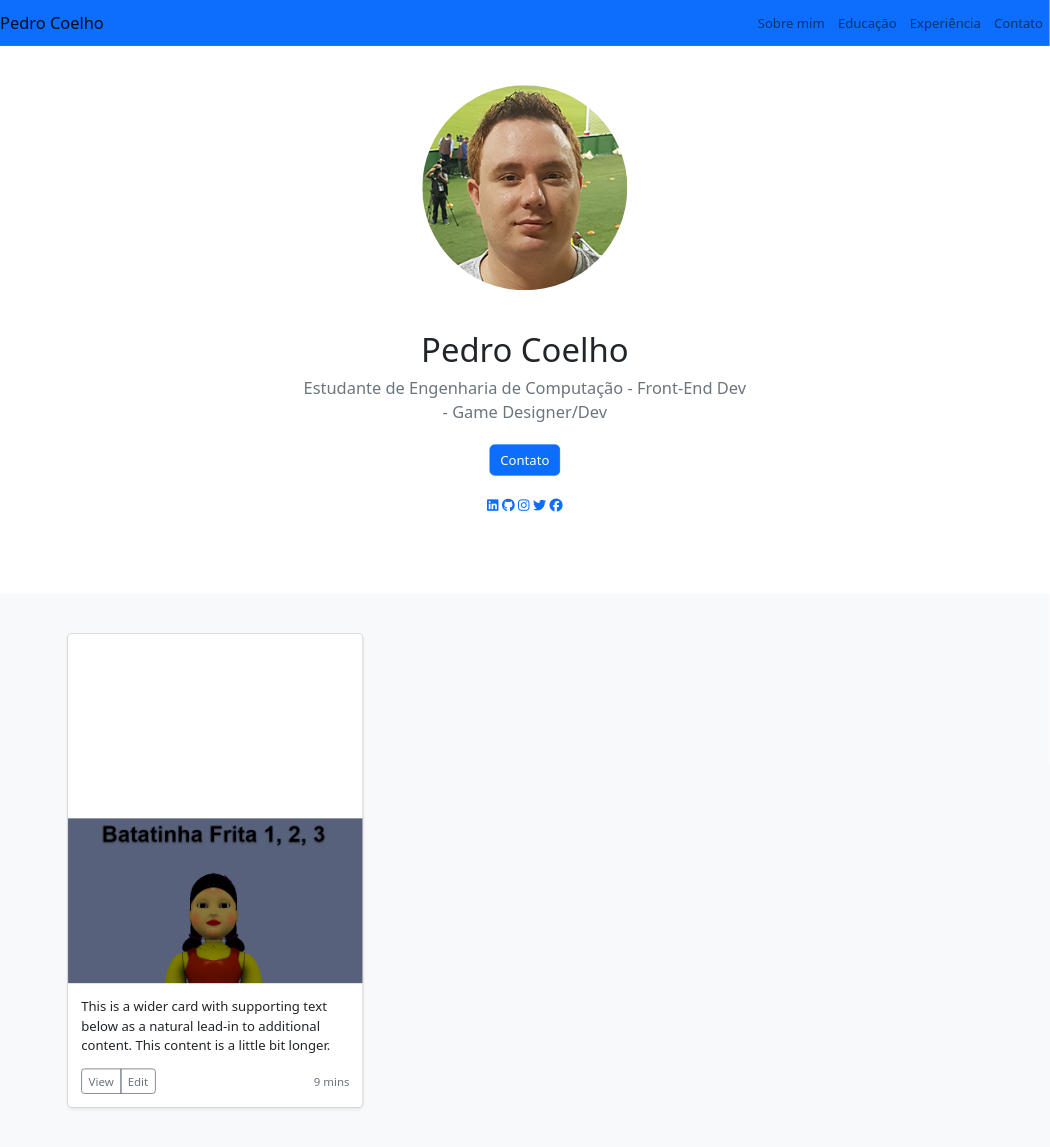
Repository: PedroHQCoelho/portfolio
Page: index.html
These files come from the project's save history. The page is drawn as it stood at one moment and after the next save; the edit follows.
The browser window is 1280 px wide. The pictures show the whole page, at 82% of full size.
Some web libraries are served in a nearby version.

Above is the page before, as saved 2022-05-26 17:19:48.

After the next save:
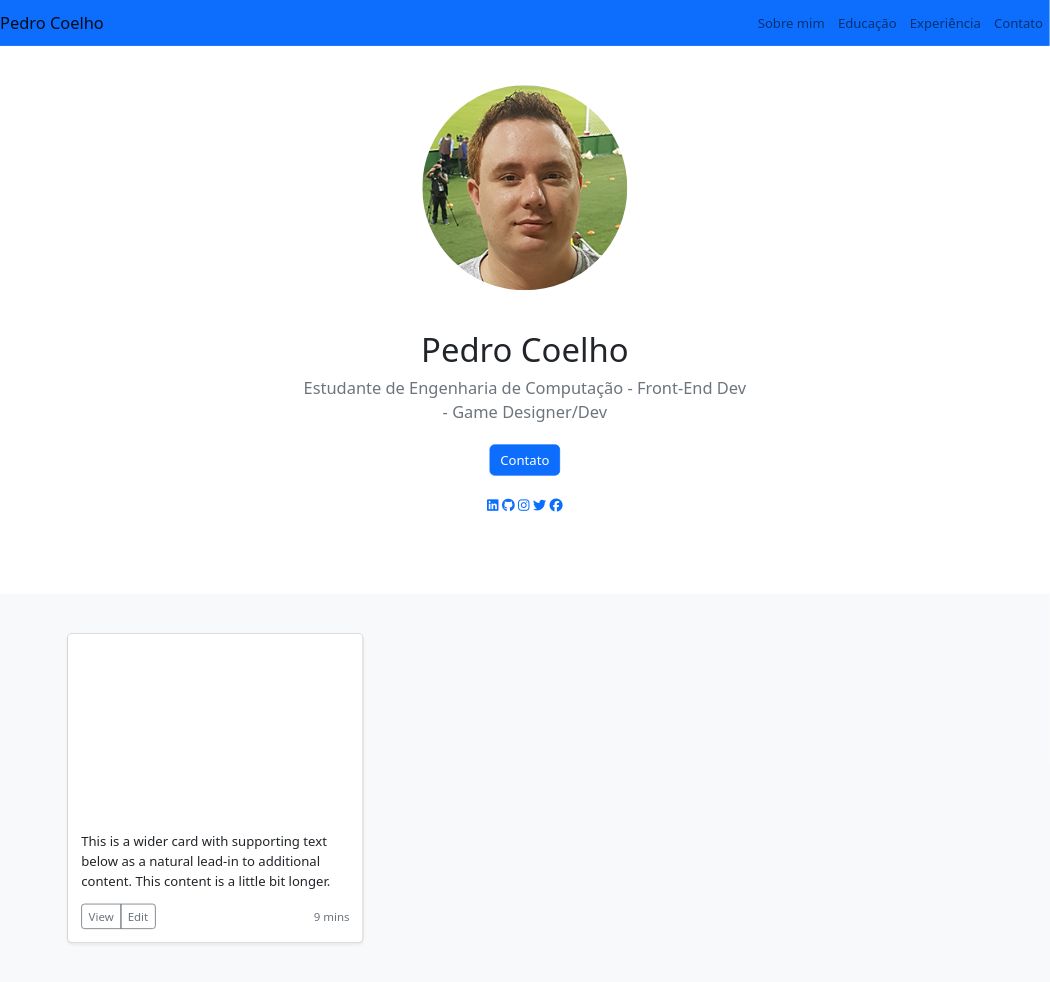
Saved 26 s later.
--- a/index.html
+++ b/index.html
@@ -64,7 +64,7 @@
           <div class="row row-cols-1 row-cols-sm-2 row-cols-md-3 g-3">
             <div class="col">
               <div class="card shadow-sm">
-                <svg class="bd-placeholder-img card-img-top" width="100%" height="225" xmlns="http://www.w3.org/2000/svg" role="img" aria-label="Placeholder: Thumbnail" preserveAspectRatio="xMidYMid slice" focusable="false"><title>Placeholder</title><img src="img/batatinhafrita123.png" alt="" /></svg>
+                <svg class="bd-placeholder-img card-img-top" width="100%" height="225" xmlns="http://www.w3.org/2000/svg" role="img" aria-label="Placeholder: Thumbnail" preserveAspectRatio="xMidYMid slice" focusable="false"><title>Placeholder</title></svg>
 
                 <div class="card-body">
                   <p class="card-text">This is a wider card with supporting text below as a natural lead-in to additional content. This content is a little bit longer.</p>

After the save that followed:
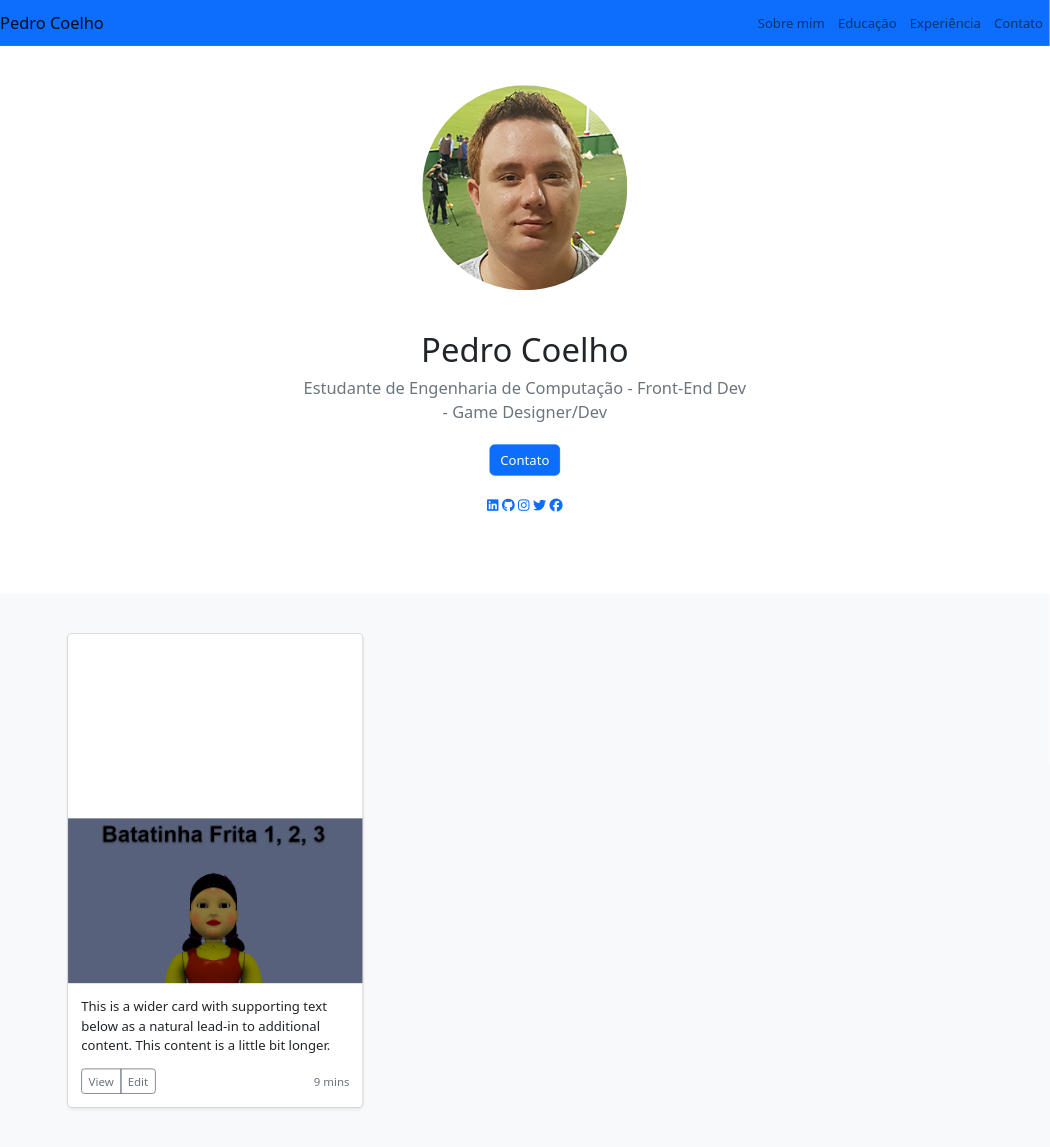
Saved 60 s later.
--- a/index.html
+++ b/index.html
@@ -64,7 +64,7 @@
           <div class="row row-cols-1 row-cols-sm-2 row-cols-md-3 g-3">
             <div class="col">
               <div class="card shadow-sm">
-                <svg class="bd-placeholder-img card-img-top" width="100%" height="225" xmlns="http://www.w3.org/2000/svg" role="img" aria-label="Placeholder: Thumbnail" preserveAspectRatio="xMidYMid slice" focusable="false"><title>Placeholder</title></svg>
+                <svg class="bd-placeholder-img card-img-top" width="100%" height="225" xmlns="http://www.w3.org/2000/svg" role="img" aria-label="Placeholder: Thumbnail" preserveAspectRatio="xMidYMid slice" focusable="false"><img src="img/batatinhafrita123.png" alt=""></svg>
 
                 <div class="card-body">
                   <p class="card-text">This is a wider card with supporting text below as a natural lead-in to additional content. This content is a little bit longer.</p>
